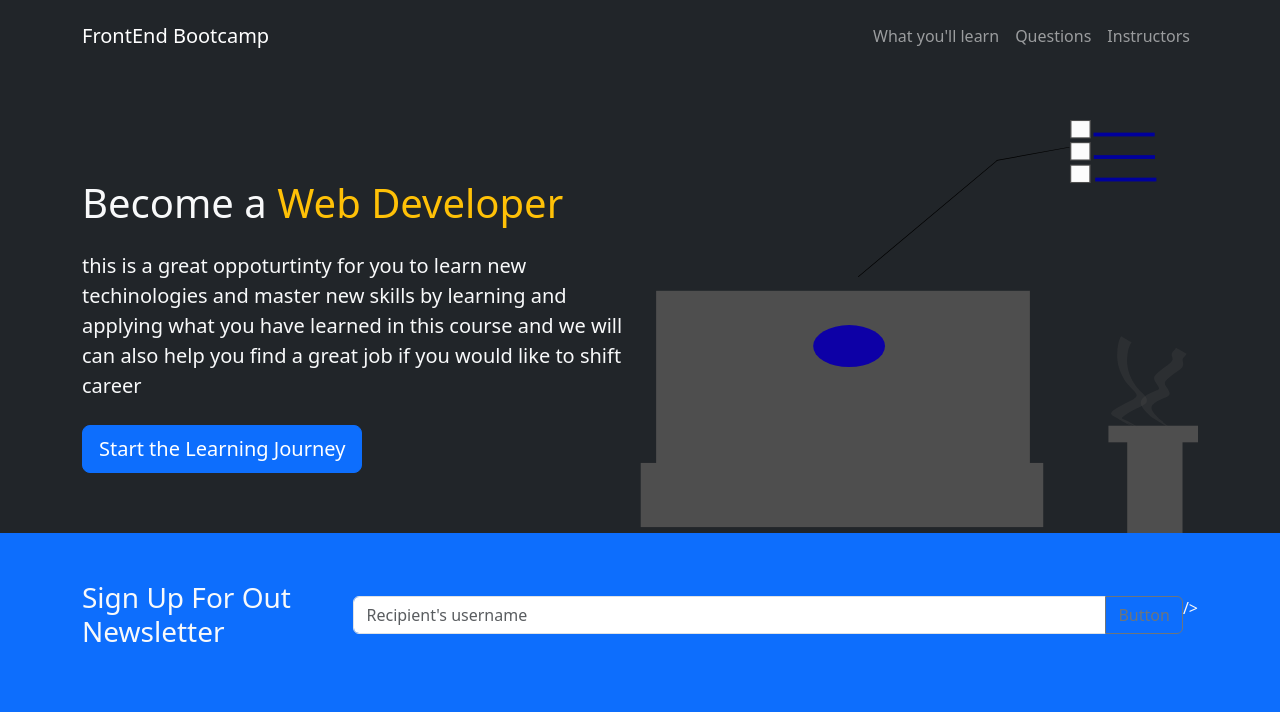
Repository: HaziimYassien/Front-End-BootCamp-__BootStrap-Project
Page: Front End BootCamp2/index.html
The author's editor kept a copy of each file at every save. The page is drawn from the files as they stood at one save, then again after a run of saves.
The browser window is 1280 px wide. The pictures show the whole page.

Above is the page before, as saved 2024-01-12 02:48:44.

After the next 3 saves:
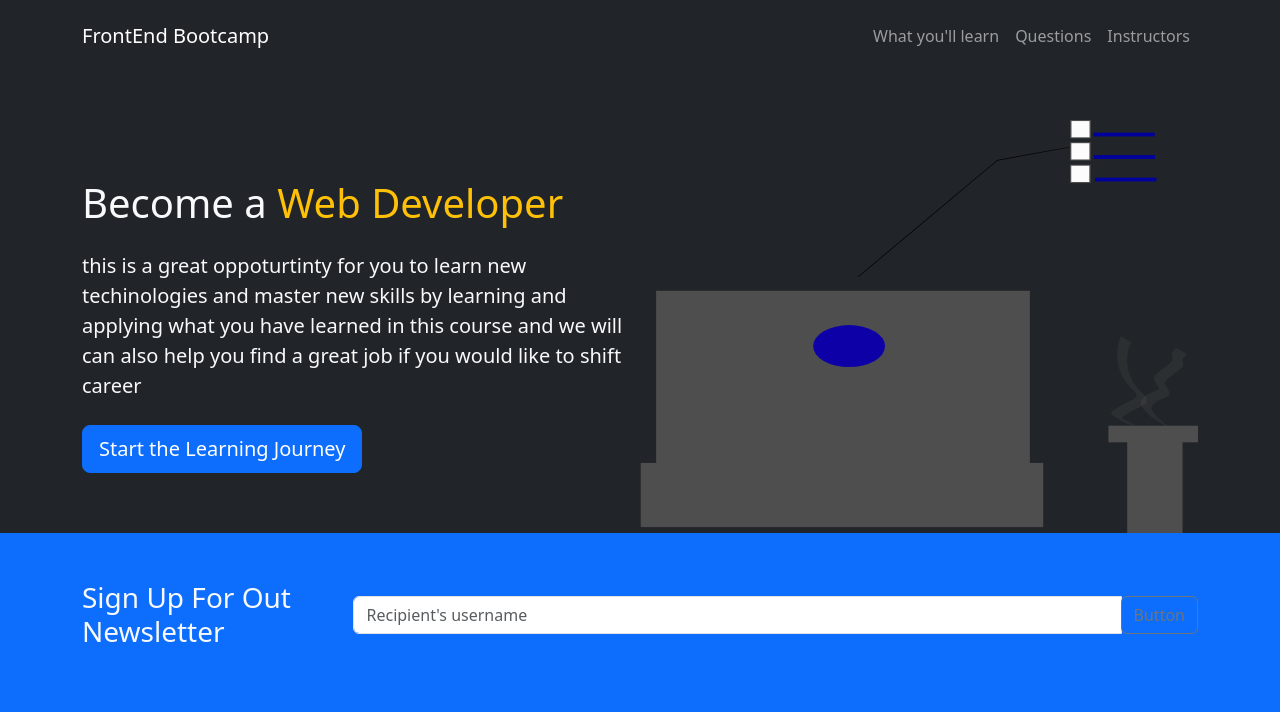
The 3 saves are shown as one change because they came seconds apart.
The last was saved 62 s later.
--- a/Front End BootCamp2/index.html
+++ b/Front End BootCamp2/index.html
@@ -75,23 +75,13 @@
       <div class="container">
         <div class="d-md-flex justify-content-between align-items-center">
           <h3 class="mb-3 md-md-0">Sign Up For Out Newsletter</h3>
+
           <div class="input-group mb-3">
-            <input
-              type="text"
-              class="form-control"
-              placeholder="Recipient's username"
-              aria-label="Recipient's username"
-              aria-describedby="button-addon2"
-            />
-            <button
-              class="btn btn-outline-secondary"
-              type="button"
-              id="button-addon2"
-            >
-              Button
-            </button>
-
-            />
+  <input type="text" class="form-control" placeholder="Recipient's username" aria-label="Recipient's username" aria-describedby="basic-addon2">
+  <div class="input-group-append">
+    <button class="btn btn-outline-secondary" type="button">Button</button>
+  </div>
+</div>
           </div>
         </div>
       </div>
